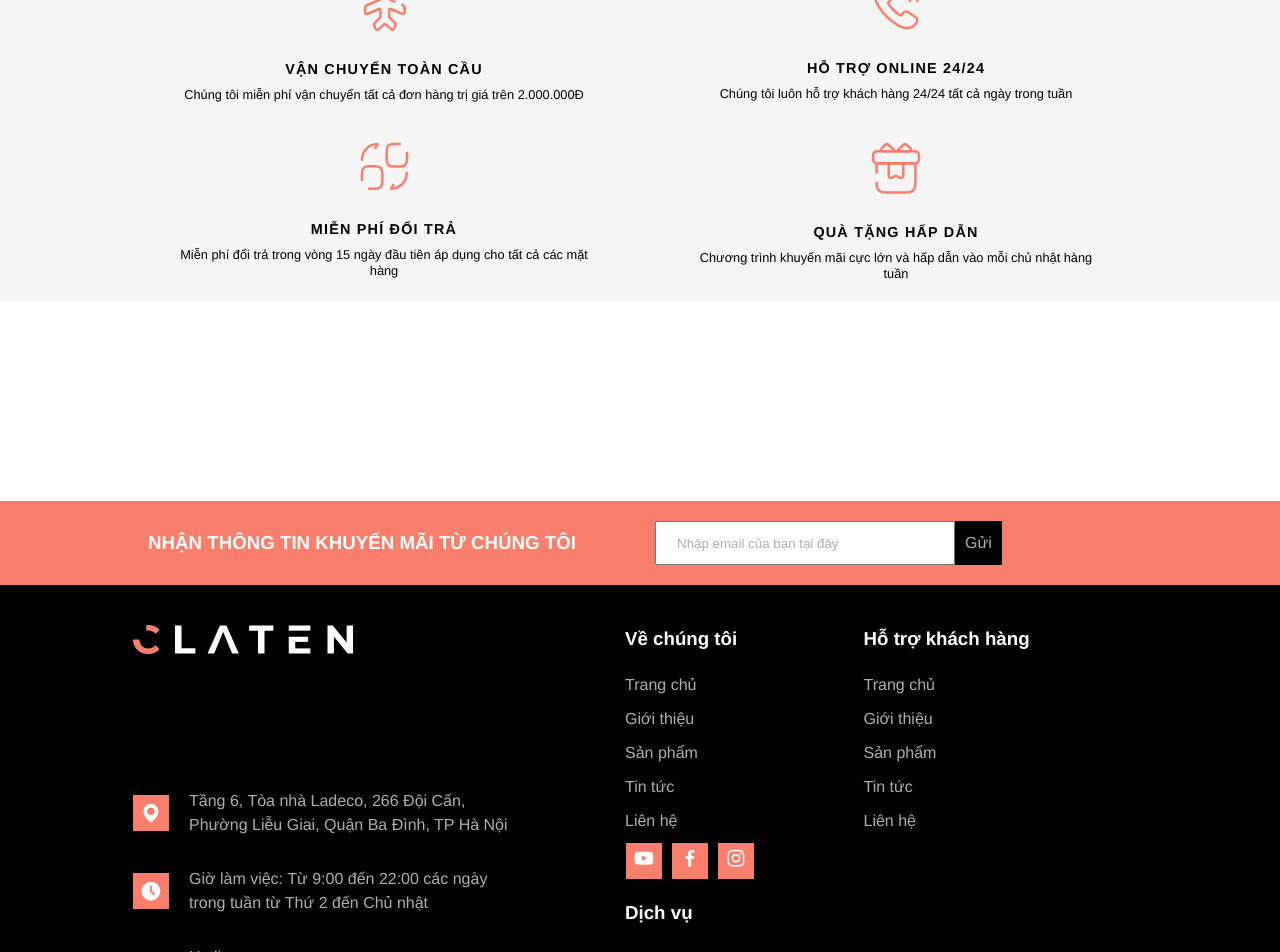
Repository: RennoPMXK/doan
Page: index.html
These files come from the project's save history. The page is drawn as it stood at one moment and after the next save; the edit follows.
The browser window is 1280 px wide. The pictures show the part of the page from y = 609 to 1561 px (the page is 1736 px tall before and 1733 px after).

Above is the page before, as saved 2021-11-16 20:12:14.

After the next save:
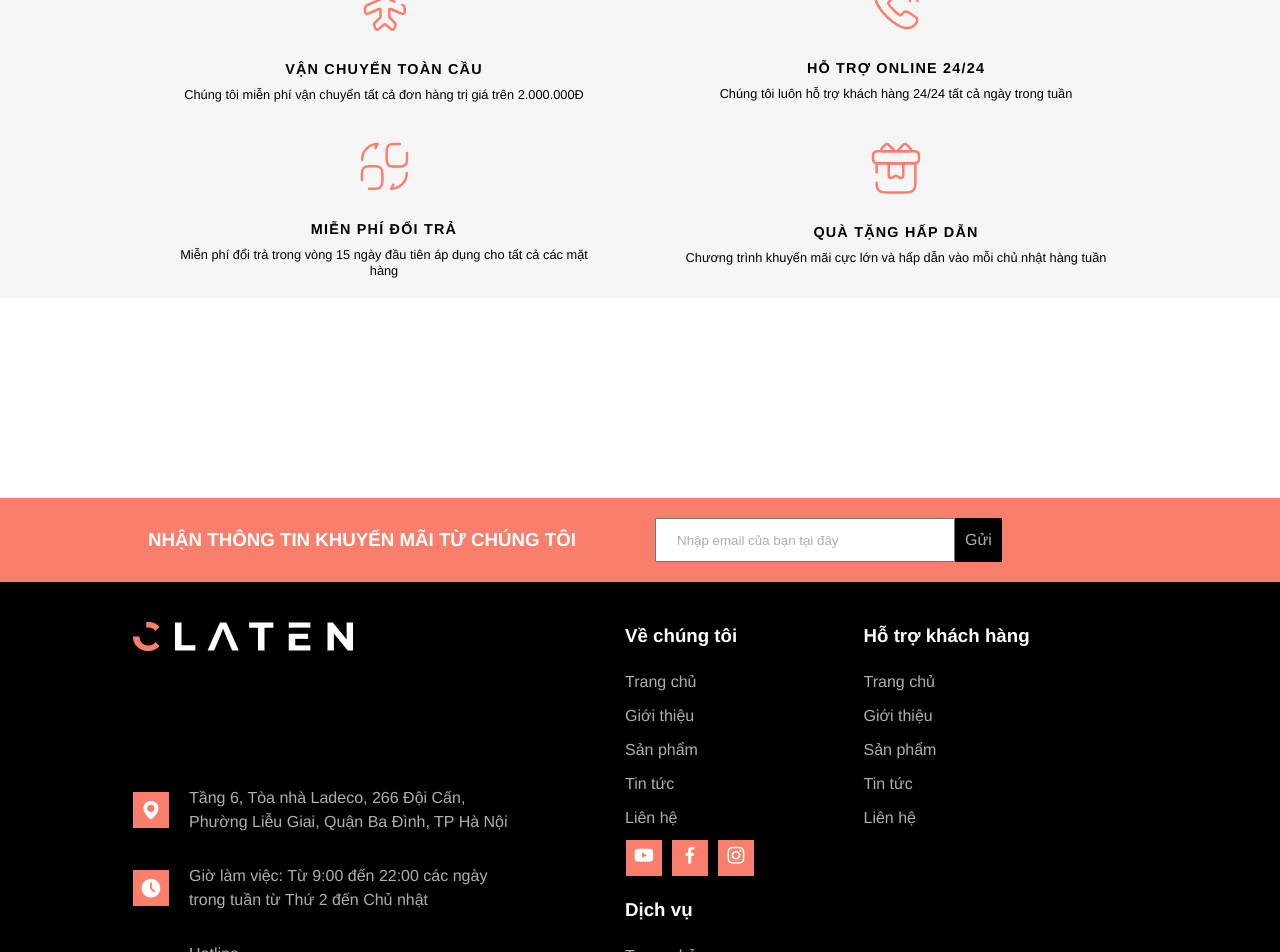
Saved 44 s later.
--- a/style.css
+++ b/style.css
@@ -342,7 +342,7 @@ li {
 
 .hero-section-mini-item {
     display: flex;
-    padding : 20px 50px;
+    padding : 20px 40px;
     gap: 10px;
     flex-direction:column;
     align-items: center;
